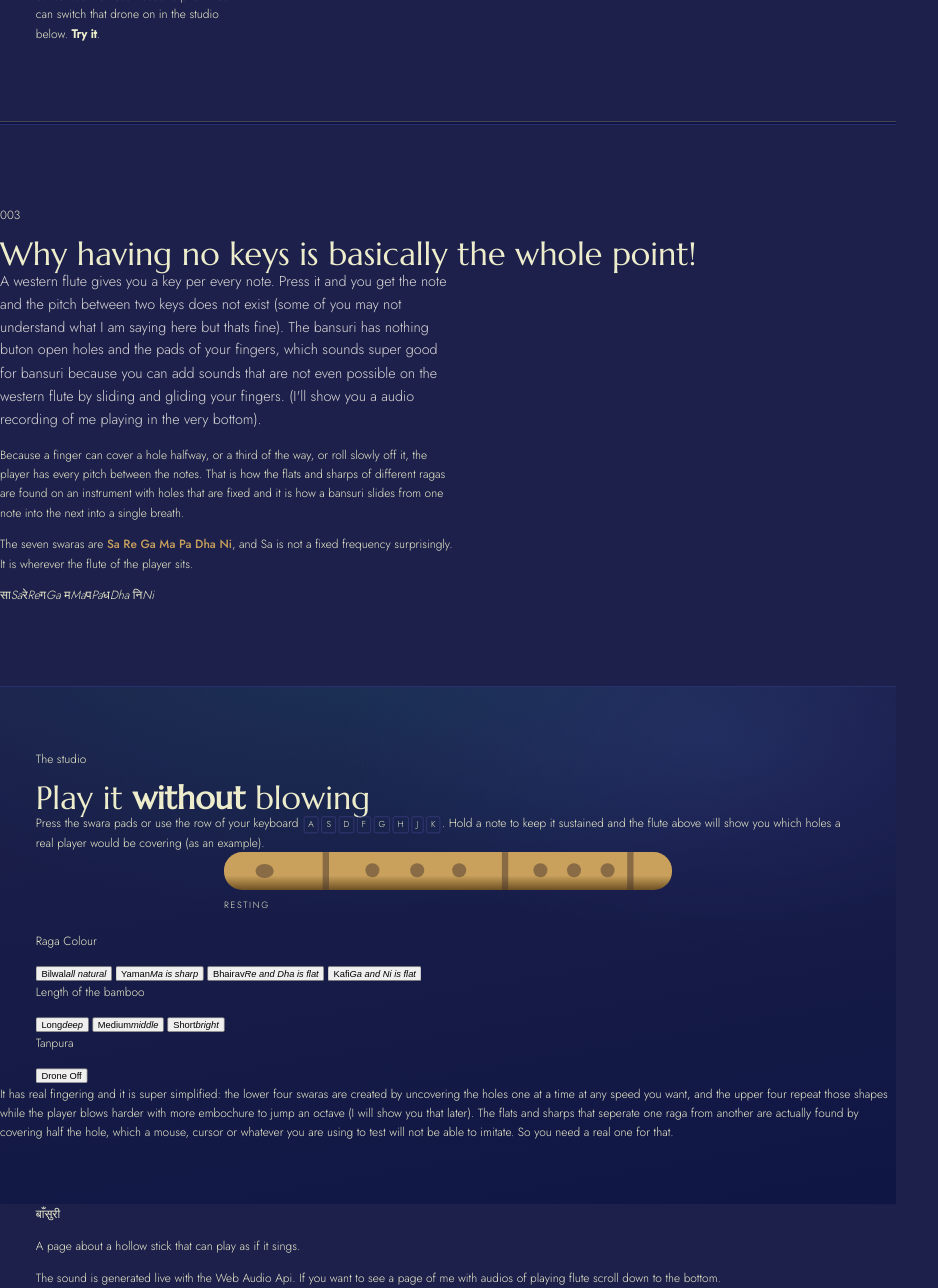
Repository: manayparikh1/Bansi
Page: index.html
These files come from the project's save history. The page is drawn as it stood at one moment and after the next save; the edit follows.
The browser window is 1280 px wide. The page is 1340 px wide, so the pictures cover 1340 px, including what lies to the right of the window. The pictures show the part of the page from y = 4065 to 5905 px (the page is 5905 px tall before and 5885 px after), at 70% of full size.

Above is the page before, as saved 2026-09-22 06:52:13.

### index.html
<!DOCTYPE html>
<html lang="en">

<head>
    <meta charset="utf-8">
    <meta name="viewport" content="width=device-width, initial-scale=2.0">
    <title>Bansuri ——— the flute with NO keys</title>
    <link rel="preconnect" href="https://fonts.googleapis.com">
    <link rel="preconnect" href="https://fonts.gstatic.com" crossorigin>
    <link href="https://fonts.googleapis.com/css2?family=Marcellus&family=Jost:wght@300;400;500&display=swap"
        rel="stylesheet">
    <link rel="stylesheet" href="style.css">
</head>

<body>
    <div class="stars"></div>
    <nav class="bar">
        <span class="mark">बाँसुरी</span>
        <div class="links">
            <a href="#what">The bamboo object</a>
            <a href="#story">The story of it</a>
            <a href="#play">How is it actually played?</a>
            <a href="#studio" class="hot">Wanna try it?</a>
        </div>
    </nav>
    <!-- ===Hero=== -->
    <header class="hero" id="top">
        <div class="hero-inner">
            <p class="eyebrow">A cylinder full of life...and bamboo. Six holes. No keys, reeds, or metal anywhere.</p>
            <h1>The flute that<br>breaths like<br><em>a voice</em></h1>
            <p class="stand">
                There is actually nothing inside a bansuri. It is a piece of bamboo that comes in all shapes and sizes.
                And it is closed at one end with the holes of it burned throughout it on its surface by hand. Everything
                else comes out of a player's fingers and breath.
            </p>
            <a class="cta" href="#studio">Play one below? Scroll down.</a>
        </div>

        <div class="hero-flute">
            <div class="tube big">
                <span class="node n1"></span>
                <span class="node n2"></span>
                <span class="blow"></span>
                <span class="hole h0"></span>
                <span class="hole h1"></span>
                <span class="hole h2"></span>
                <span class="hole h3"></span>
                <span class="hole h4"></span>
                <span class="hole h5"></span>
            </div>
        </div>
        <a class="scroll-hint" href="#what">scroll</a>
    </header>

    <!-- ==1. the object-->
    <section class="band" id="what">
        <div class="wrap two-col">
            <div class="col-head">
                <p class="num">01</p>
                <h2>What even is a Bansuri?</h2>
            </div>
            <div class="col-body">
                <p class="lead">
                    A bansuri is a piece of bamboo and it is closed at one end with a blowing hole cut a few centimeters
                    from the end thats closed and that are around 6 to 7 finger holes running down the body of it (the
                    bamboo). That is basically the entire design, so no mechnical keys or any kind of mechanism is
                    added.
                </p>
                <p>
                    Flutists or flautists hold it sideways and they angle it slightly down to the right, and blow across
                    the edge of the hole instead of actually into it. The length of the bamboo decides the pitch of the
                    sound.
                </p>
                <div class="fact">
                    <b>6 to 7</b>
                    <span>holes instead of keys for your fingers</span>
                </div>
                <div class="fact"><b>2.5</b><span>the octaves from six different holes</span></div>
                <div class="fact"><b>30, 75</b><span>the range of the flute</span></div>
                <div class="fact"><b>1</b><span>piece of bamboo</span></div>
            </div>

            <p class="aside-note">
                The same exact instrument turns up across the subcontinent under dozens of names for example bansi,
                marali,
                pullankuzhal, and venuvu and in the south its called venu which is basically a type of bansuri and it
                has I
                think eight holes and it plays with a bright tone in my opinion.
            </p>
        </div>
        </div>
    </section>
    <!-- == 2.story -->
    <section class="band tint" id="story">
        <div class="wrap two-col">
            <div class="col-head">
                <p class="num">02</p>
                <h2>From being a cow herdler to performing in a concert hall.</h2>
            </div>
            <div class="col-body">
                <p class="hello">
                    The bamboo flute (bansuri) is so old that nobody can actuall date it. And it is carved into various
                    religious temple walls like Buddhist, Hindu, and Jain. It is super important for Krishna, who is a
                    Hindu god that is depicted for playing the most beautiful flute scales EVER.
                </p>
                <p>
                    Honestly for most of the history it pretty much stayed as a folk instrument. It was small and played
                    in villages and it did not appear on atleast one Hindustani conert stage at all and that all changed
                    one <strong>lifetime</strong>.
                </p>

                <div class="people">
                    <div class="person">
                        <p class="years">1911-1960</p>
                        <h3>Pannalal Ghosh</h3>
                        <p>
                            He was born in Barisal and he rebuilt the instrument to make it fit for classical music. And
                            it was much more longer than any other flute that time, around 32 inches I believe. It
                            dropped the pitch and gave it the sustain effect a raga needs. He popularized the seventh
                            hole and studied under someone named Allauddin Khan. Before him the bansuri was not even a
                            concert instrument, it was used only for village songs. But he made such a big change that
                            after him it was.
                        </p>
                    </div>
                    <div class="person">
                        <p class="years">Born on 1938</p>
                        <h3>Hariprasad Chaurasia</h3>
                        <p>
                            He is still alive today and one of my favourite flute players in the world. He carried it
                            out of India. Fifty years of recordings across most of the major ragas. He taught gurukul in
                            Vrindavan, and collabed with Western musicians and he gave the bansuri a profile thats
                            comparable with the sitar.
                        </p>
                    </div>
                </div>
                <p class="tabla">
                    In a performance the bansuri is usually joined by another Indian instrument called the Tabla, which
                    many of you have heard. It is used for rhythm and a tanpura droning underneath, holding the tonic of
                    the bansuri so the never loses its pitch. You can switch that drone on in the studio below.
                    <strong>Try it</strong>.
                </p>
            </div>
        </div>
    </section>
    <!--==3. how is it ac played-->
    <section class="band" id="play" <div class="wrap two-col">

        <div class="col-head" <p class="num">003</p>
            <h2>Why having no keys is basically the whole point!</h2>
            <div>
                <div class="col-body">
                    <p class="lead">
                        A western flute gives you a key per every note. Press it and you get the note and the pitch
                        between two keys does not exist (some of you may not understand what I am saying here but thats
                        fine). The bansuri has nothing buton open holes and the pads of your fingers, which sounds super
                        good for bansuri because you can add sounds that are not even possible on the western flute by
                        sliding and gliding your fingers. (I'll show you a audio recording of me playing in the very
                        bottom).
                    </p>
                    <p>
                        Because a finger can cover a hole halfway, or a third of the way, or roll slowly off it, the
                        player has every pitch between the notes. That is how the flats and sharps of different ragas
                        are found on an instrument with holes that are fixed and it is how a bansuri slides from one
                        note into the next into a single breath.
                    </p>
                    <p>
                        The seven swaras are <b>Sa Re Ga Ma Pa Dha Ni</b>, and Sa is not a fixed frequency surprisingly.
                        It is wherever the flute of the player sits.
                    </p>
                    <div class="rowforswaras">
                        <span>सा<i>Sa</i></span><span>रे<i>Re</i></span><span>ग<i>Ga</i></span>
                        <span>म<i>Ma</i></span><span>प<i>Pa</i></span><span>ध<i>Dha</i></span>
                        <span>नि<i>Ni</i></span>
                    </div>
                </div>
            </div>
    </section>
    <!-- ===4.Studio=== -->
    <section class="thestudio" id="thestudio">
        <div class="wrap">
            <header class="studio-head">
                <p class="gold">The studio</p>
                <h2>Play it <strong>without</strong> blowing</h2>
                <p class="studiosub">
                    Press the swara pads or use the row of your keyboard
                    <kbd>A</kbd><kbd>S</kbd><kbd>D</kbd><kbd>F</kbd><kbd>G</kbd><kbd>H</kbd><kbd>J</kbd><kbd>K</kbd>.
                    Hold a note to keep it sustained and the flute above will show you which holes a real player would
                    be covering (as an example).
                </p>
            </header>
            <!-- the main primary instrument with the actually tube creation-->
            <div class="instrument" id="theflute">
                <div class="tube">
                    <span class="node n1"></span>
                    <span class="node n2"></span>
                    <span class="node n3"></span>
                    <span class="blow"></span>
                    <span class="hole h0" id="h0"></span>
                    <span class="hole h1" id="h1"></span>
                    <span class="hole h2" id="h2"></span>
                    <span class="hole h3" id="h3"></span>
                    <span class="hole h4" id="h4"></span>
                    <span class="hole h5" id="h5"></span>
                    <!-- only these much holes are enough because its good for beginners. -->
                </div>
                <p class="breath" id="breath">resting</p>
            </div>
            <!-- Controls -->
            <div class="thedesk">
                <div class="set">
                    <p class="set-label">Raga Colour</p>
                    <div class="thechips" id="thaats">
                        <button type="button" class="chip on" data-thaat="bilwal">Bilwal<i>all natural</i></button>
                        <button type="button" class="chip" data-thaat="yaman">Yaman<i>Ma is sharp</i></button>
                        <button type="button" class="chip" data-thaat="bhairav">Bhairav<i>Re and Dha is flat</i>
                        </button>
                        <button type="button" class="chip" data-thaat="kafi">Kafi<i>Ga and Ni is flat</i></button>
                    </div>
                </div>
                <div class="set">
                    <!-- testing straight from my flute -->
                </div>
                <p class="set-label">Length of the bamboo</p>
                <div class="thechips" id="sizes">
                    <button type="button" class="chip" data-base="220.00">Long<i>deep</i></button>
                    <button type="button" class="chip on" data-base="293.66">Medium<i>middle</i></button>
                    <button type="button" class="chip" data-base="392.00">Short<i>bright</i></button>
                </div>
            </div>
            <div class="set">
                <p class="set-label">Tanpura</p>
                <div class="thechips">
                    <button type="button" class="chip" id="drone">Drone Off</button>
                </div>
            </div>
        </div>
        <!-- Swara pads for the fingerings virtual padss-->
        <div class="thepads" id="thepads"></div>
        <p class="thefootnote">
            It has real fingering and it is super simplified: the lower four swaras are created by uncovering the holes
            one at a time at any speed you want, and the upper four repeat those shapes while the player blows harder
            with more embochure to jump an octave (I will show you that later). The flats and sharps that seperate one
            raga from another are actually found by covering half the hole, which a mouse, cursor or whatever you are
            using to test will not be able to imitate. So you need a real one for that.
        </p>
        </div>
    </section>
    <div class="wrap">
        <!-- this is written in devanagri and it is written the same in hindi and nepali बाँसुरी : flute-->
        <footer class="foot">
            <p class="foot-big">बाँसुरी</p>
            <p>A page about a hollow stick that can play as if it sings.</p>
            <p class="small">
                The sound is generated live with the Web Audio Api. If you want to see a page of me with audios of
                playing flute scroll down to the bottom.
            </p>
    </div>
    </footer>
    <!-- above is gonna be the footer -->
    <script src="app.js"></script>
</body>

</html>

### style.css
:root {
    --night: #1c204a;
    --violet: #30397d;
    --deep: #101644;
    --cream: #ededcc;
    --bamboo: #C9A15c;
    --bamboo2: #C9A15c;
    --marigold: #ec9c40;
    --rose: #f17458;
    --peacock: #49925e;
    --muted: #f2f2f2;
    --wrap: 1360px;
    --pad: clamp(20px, 4vw, 64px);
}

* {
    box-sizing: border-box;
}

html {
    scroll-behavior: smooth;
}

body {
    margin: 0;
    color: var(--cream);
    background: var(--night);
    font-family: 'Jost', Helvetica, Arial, sans-serif;
    font-size: 17px;
    font-weight: 300;
    line-height: 1.6;
    overflow-x: hidden;
}

h1,
h2,
h3 {

    font-family: 'Marcellus', Georgia, serif;
    font-weight: 410;
    margin: 0;
    line-height: 1.0;
}

p {
    margin: 0 0 1.1em;
}

p:last-child {
    margin-bottom: 0;
}

b {
    font-weight: 500;
    color: var(--bamboo);
}

em {
    font-style: normal;
    color: var(--marigold);
}

.wrap {
    width: 100%;
    max-width: var(--wrap);
    margin: 0 auto;
    padding: 0 var(--pad);
}

/*-- the field where stars are gonna be added --*/
.stars {
    position: fixed;
    inset: 0;
    z-index: 0;
    pointer-events: none;

    background-image: radial-gradient(1.4px 1.4px at 13% 18%, rgba(243, 234, 217, 0.55) 50%, transparent 51%),
        radial-gradient(1.2px 1.2px at 34% 63%, rgba(243, 234, 217, 0.4) 50%, transparent 51%),
        radial-gradient(1.6px 1.6px at 58% 24%, rgba(243, 234, 217, 0.5) 50%, transparent 51%),
        radial-gradient(1.2px 1.2px at 77% 69%, rgba(243, 234, 217, 0.36) 50%, transparent 51%),
        radial-gradient(1.5px 1.5px at 90% 35%, rgba(243, 234, 217, 0.45) 50%, transparent 51%),
        radial-gradient(1.2px 1.2px at 25% 85%, rgba(243, 234, 217, 0.35) 50%, transparent 51%),
        radial-gradient(1.3px 1.3px at 66% 88%, rgba(243, 234, 217, 0.39) 50%, transparent 51%),
}

body>*:not(.stars) {
    position: relative;
    z-index: 1;
}

/*-- Nav --*/
.bar {
    position: sticky;
    top: 0;
    z-index: 30;
    display: flex;
    justify-content: space-between;
    align-items: center;
    gap: 20px;
    backdrop-filter: blur(8px);
    border-bottom: 1px solid #2a2a5f;
    padding: 15px var(--pad);
    background: rgba(30, 36, 81, 0.87);
}

.mark {
    font-size: 22px;
    font-family: 'Marcellus', serif;
    color: var(--bamboo);
}

.links {
    display: flex;
    gap: 25px;
    flex-wrap: wrap;
}

.links a {
    font-size: 15px;
    color: var(--muted);
    text-decoration: none;
}

.links a:hover {
    color: var(--cream);
}

/* No matter what, marigold should be used for the hot class,
so !important is added to override any other styles that may be applied to it. */
.hot {
    color: var(--marigold) !important;
}

/*hero*/
/* I change the view height a bit to make it more visually appealing */
.hero {
    position: relative;
    min-height: calc(100vh - 57px);
    min-height: calc(100svh - 57px);
    display: flex;
    flex-direction: column;
    justify-content: center;
    padding: 40px var(--pad) 70px;
    background:
        radial-gradient(1100px 620px at 78% 22%, rgba(35, 42, 92, 0.85) 0%, transparent 70%),
        radial-gradient(760px 423px at 8% 85%, rgba(31, 165, 160, 0.1), transparent 70%);
}

.hero-inner {
    max-width: 680px;
}

.eyebrow {
    font-size: 12.5px;
    letter-spacing: 0.22em;
    text-transform: uppercase;
    color: var(--peacock);
    margin-bottom: 22px;
}

.eyebrow.g {
    color: var(--marigold);
}

h1 {
    font-size: clamp(42px, 6.6vw, 96px);
    margin-bottom: 26px;
}

.stand {
    max-width: 56ch;
    font-size: clamp(17px, 2.1vw, 22px);
    color: #7f7f7f;
    margin-bottom: 29px;
}

.cta {
    display: inline-block;
    letter-spacing: 0.05em;
    background: var(--bamboo);
    padding: 14px 29px;
    font-size: 15px;
    color: var(--night);
}

.cta:hover {
    background: var(--marigold);
}

.hero-flute {
    position: absolute;
    right: -5%;
    bottom: 11%;
    width: 62%;
    max-width: 890px;
    transform: rotate(-13.5deg);
    opacity: 0.945;
    pointer-events: none;
    animation: float 9s ease-in-out infinite;
}

/*helps with the animation of the design*/
.scroll-hint {
    position: absolute;
    left: var(--pad);
    bottom: 25px;
    letter-spacing: 0.3em;
    text-transform: uppercase;
    color: var(--muted);
    font-size: 12px;
}

/*bambooo*/
.instrument {
    max-width: 640px;
    margin: 0 auto 34px;
}

.tube {
    position: relative;
    border-radius: 26px;
    height: 54px;
    background: linear-gradient(180deg, var(--bamboo) 0%, var(--bamboo2) 62%, #6F5124 100%);
}

/*be careful of spacing because there was syntax-errors*/
.tube.big {
    height: 62px;
    border-radius: 30px;
}

.node {
    position: absolute;
    top: 0;
    bottom: 0;
    width: 9px;
    background: rgba(73, 55, 46, 0.5)
}

/* THE FLUTE PIC TyPE OF THING WILL BE ON THE TOP OF THE PAGE (not the testing one) */
.n1 {
    left: 22%
}

.n2 {
    left: 62%;
}

.n3 {
    left: 90%;
}

.blow {
    position: absolute;
    left: 7%;
    top: 50%;
    width: 26px;
    height: 20px;
    margin-top: -10px;
    border-radius: 50%;
    background: rgba(73, 55, 46, 0.5);
}

.hole {
    position: absolute;
    top: 50%;
    width: 20px;
    height: 20px;
    margin-top: -11px;
    border-radius: 50%;
    background: rgba(73, 55, 46, 0.5);
    transition: background 0.09s, box-shadow 0.09s;
}

.h0 {
    left: 31.5%;
}

.h1 {
    left: 41.5%;
}

.h2 {
    left: 51%;
}

.h3 {
    left: 69%;
}

.h4 {
    left: 76.5%;
}

.h5 {
    left: 84%;
}

/*--the bands*/
/*it is the titles of the whole thing (very important for looks+organization*/
.band {
    padding: clamp(70px, 9vw, 130px) 0;
    /*changing it into a dual line which willl look SUPER awesome*/
    border-top: 1px solid var(--violet);
    box-shadow: 0 -3px 0 0 var(--deep), 0 -4px 0 0 rgba(201, 161, 92, 0.4);
}

.band.tint {
    background: linear-gradient(170deg, var(--), var(--night));
}

.two-col {
    display: grid;
    grid-template-columns: minmax(200px, 300px);
    gap: clamp(28px, 5vw, 80px);
    align-items: start;
}

.num {
    font-family: 'Marcellus', serif;
    color: var(--rose);
    margin-bottom: 15px;
    font-size: 16px;
}

h2 {
    font-size: clamp(30px, 3.6vw, 52px);
}

.col-body {
    max-width: 66ch;
}

.lead {
    font-size: clamp(18px, 1.6vw, 21px);
    color: #dcd8d8;
}

.aside-note {
    margin: 26px;
    padding: 18px 22px;
    border-left: 2px solid var(--peacock);
    color: var(--muted);
    font-size: 15px;
}

/*the facts strip with the famous figures*/
.facts {
    display: grid;
    grid-template-columns: repeat(auto-fit, minmax(min(130px, 100%), 1fr));
    gap: 18px;
    /*looks better for reading:*/
    margin-top: 34px;
    margin-bottom: 4px;
    padding-top: 26px;
    border-top: 1px solid var(--violet);
}

.fact b {
    display: block;
    font-family: 'Marcellus', Georgia, serif;
    font-size: clamp(36px, 5vw, 54px);
    color: var(--bamboo);
    line-height: 0.95;
    letter-spacing: -00.03em;
    margin-bottom: 8px;
    text-shadow: 0 2px 12px rgba(201, 161, 91, 0.15);
}

.fact span {
    display: block;
    font-size: 13px;
    color: var(--muted);
    margin-top: 8px;
    line-height: 1.4;
}

/*people*/
.figures {
    display: grid;
    grid-template-columns: repeat(auto-fit, minmax(250px, 1fr));
    gap: 20px;
    margin-top: 32px;
}

.person {
    border: 1px solid #313768;
    padding: 22px 24px;
}

.years {
    font-size: 12px;
    letter-spacing: 0.16em;
    color: var(--rose);
    margin-bottom: 6px;
}

.person h3 {
    font-size: 22px;
    margin-bottom: 10px;
    color: var(--bamboo);
}

.person p {
    font-size: 15px;
    color: var(--muted);
}

/*--swara row--*/
.swara-row {
    display: flex;
    gap: 10px;
    flex-wrap: wrap;
    margin-top: 32px;
}

.swara-row span {
    flex: 1;
    min-width: 78px;
    text-align: center;
    border: 1px solid #2f2f6b;
    padding: 14px 6px;
    font-family: 'Marcellus', serif;
    font-size: 26px;
    color: var(--bamboo);
}

.swara-row i {
    display: block;
    font-family: 'Jost', sans-serif;
    font-style: normal;
    font-size: 12px;
    letter-spacing: 0.12em;
    color: var(--muted);
    margin-top: 4px;
}

/*studio*/

.thestudio {
    min-height: 100vh;
    min-height: 100svh;
    align-items: center;
    padding: clamp(60px, 7vw, 100px) 0;
    background:
        radial-gradient(1100px 548px at 42% -10%, rgba(31, 165, 160, 0.14) 0%, transparent 75%),
        radial-gradient(760px 423px at 80% 10%, rgba(48, 57, 125, 0.4) 0%, transparent 70%),
        linear-gradient(170deg, var(--night), var(--deep));
    border-top: 1px solid var(--violet);
}

.thestudio-head {
    max-width: 62ch;
    margin-bottom: 34px;
}

.thestudio-head h2 {
    margin-bottom: 14px;
}

.thestudio-sub {
    color: var(--muted);
    font-size: 15.5px;
}

kbd {
    display: inline-block;
    font-family: inherit;
    font-size: 12.3px;
    border: 1px solid #3e3e83;
    border-radius: 3px;
    padding: 1px 6px;
    margin: 0 2px;
    color: var(--cream);
}

/* playable flute*/

.instrument {
    margin-bottom: 26px;
}

.play-tube {
    max-width: 100%;
}

.instrument.sounding .play-tube {
    background: linear-gradient(180deg, var(--marigold) 0%, var(--bamboo2) 62%, #6F5124 100%);
}

.hole.closed {
    background: var(--marigold);
    box-shadow: 0 0 0 4px rgba(232, 240, 67, 0.3);
}

.breath {
    margin: 12px 0 0;
    font-size: 13px;
    letter-spacing: 0.18em;
    text-transform: uppercase;

    instrument.sounding .breath {
        color: var(orange);
    }
}

/* controls*/
.desk {
    display: flex;
    flex-wrap: wrap;
    gap: clamp(20px, 3vw, 46px);
    padding: 22px 0 26px;
}

Loaded but not shown: app.js (no stored copy; drawn as an empty file)

After the next save:
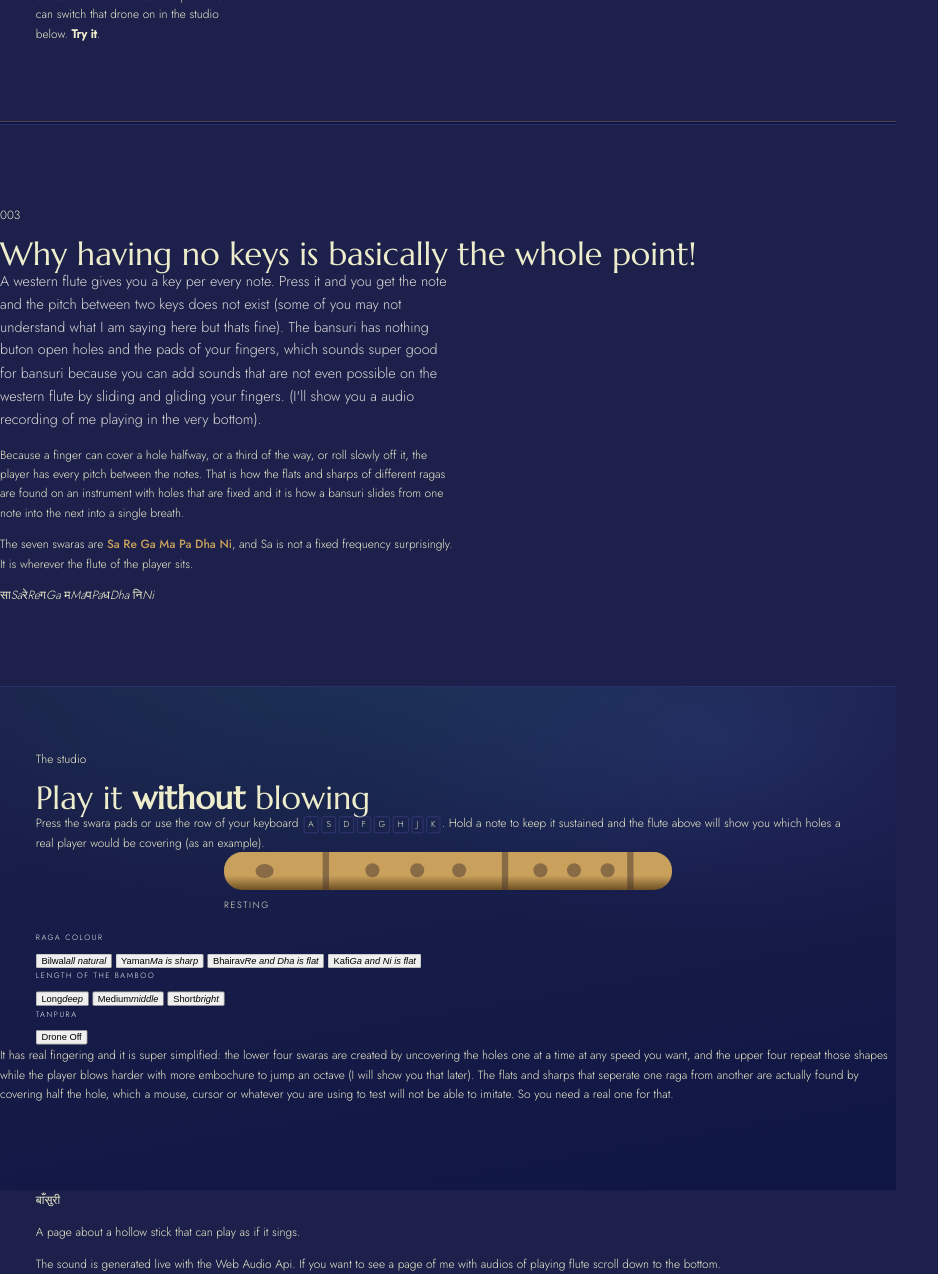
Saved 3 min 16 s later.
--- a/style.css
+++ b/style.css
@@ -510,4 +510,15 @@ kbd {
     flex-wrap: wrap;
     gap: clamp(20px, 3vw, 46px);
     padding: 22px 0 26px;
-}
+    border-top: 1px solid #363673;
+    border-bottom: 1px solid #202347;
+    margin-bottom: 26px;
+}
+
+.set-label {
+    font-size: 11px;
+    letter-spacing: 0.2em;
+    text-transform: uppercase;
+    color: var(--muted);
+    margin-bottom: 10px;
+}
